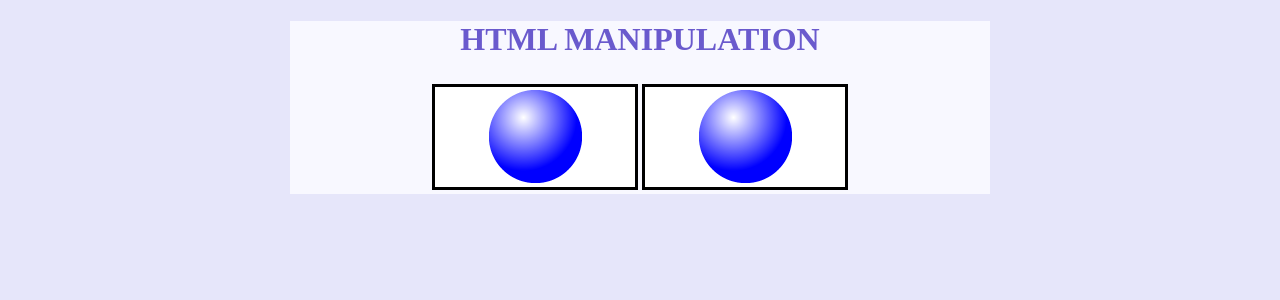
Repository: 2001mariana/jquery
Page: html-manipulation.html
The author's editor kept a copy of each file at every save. The page is drawn from the files as they stood at one save, then again after the next save.
The browser window is 1280 px wide. The pictures show the whole page.

Above is the page before, as saved 2022-07-27 10:22:56.

After the next save:
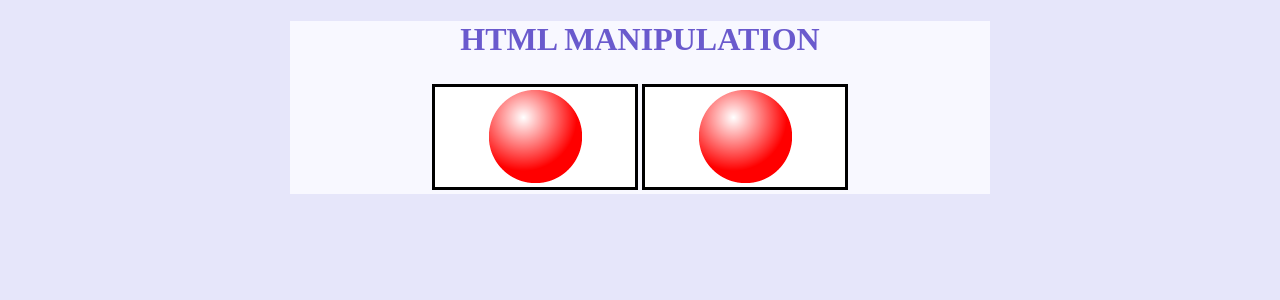
Console error (its wording comes from the project's code and is left out).
Saved 9 s later.
--- a/html-manipulation.html
+++ b/html-manipulation.html
@@ -27,7 +27,7 @@
 console.log($('img').attr('src'))
 
 //substituindo a imagem 1 pela imagem 2:
-$('img').attr('src', 'img/esfera_2.png')
+$('img#').attr('src', 'img/esfera_2.png')
 
 //$('img').attr('style', 'background-color: blue; width: 200px; height: 200px')
 </script>

After the save that followed:
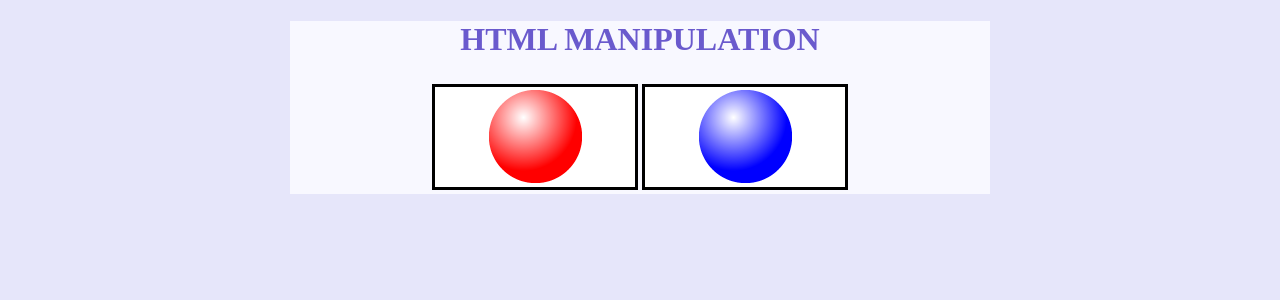
The error is gone.
Saved 4 s later.
--- a/html-manipulation.html
+++ b/html-manipulation.html
@@ -27,7 +27,7 @@
 console.log($('img').attr('src'))
 
 //substituindo a imagem 1 pela imagem 2:
-$('img#').attr('src', 'img/esfera_2.png')
+$('img#trocar-img').attr('src', 'img/esfera_2.png')
 
 //$('img').attr('style', 'background-color: blue; width: 200px; height: 200px')
 </script>
